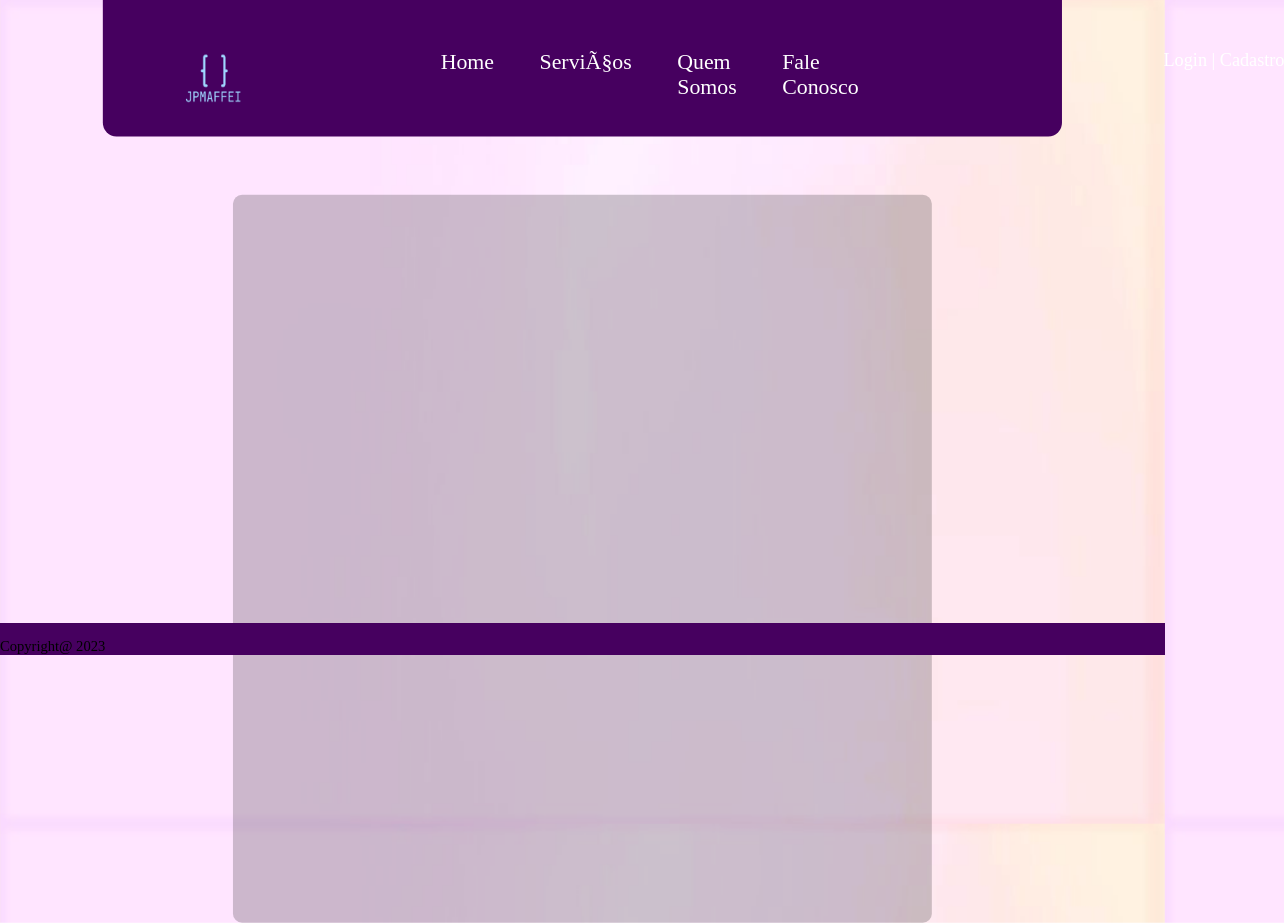
Repository: jpmaffei18/PROJETO_JAVA
Page: http://localhost/FinalWeb/home.jsp
An editor plug-in stored every save of this project. The page is shown before and after the next save, followed by the edit.
The browser window is 1280 px wide. The page is 1411 px wide, so the pictures cover 1411 px, including what lies to the right of the window. The pictures show the whole page, at 91% of full size.
Backgrounds fixed to the window are drawn as part of the page. The page is served by Tomcat 9.

Above is the page before, as saved 2023-03-31 14:19:50.

After the next save:
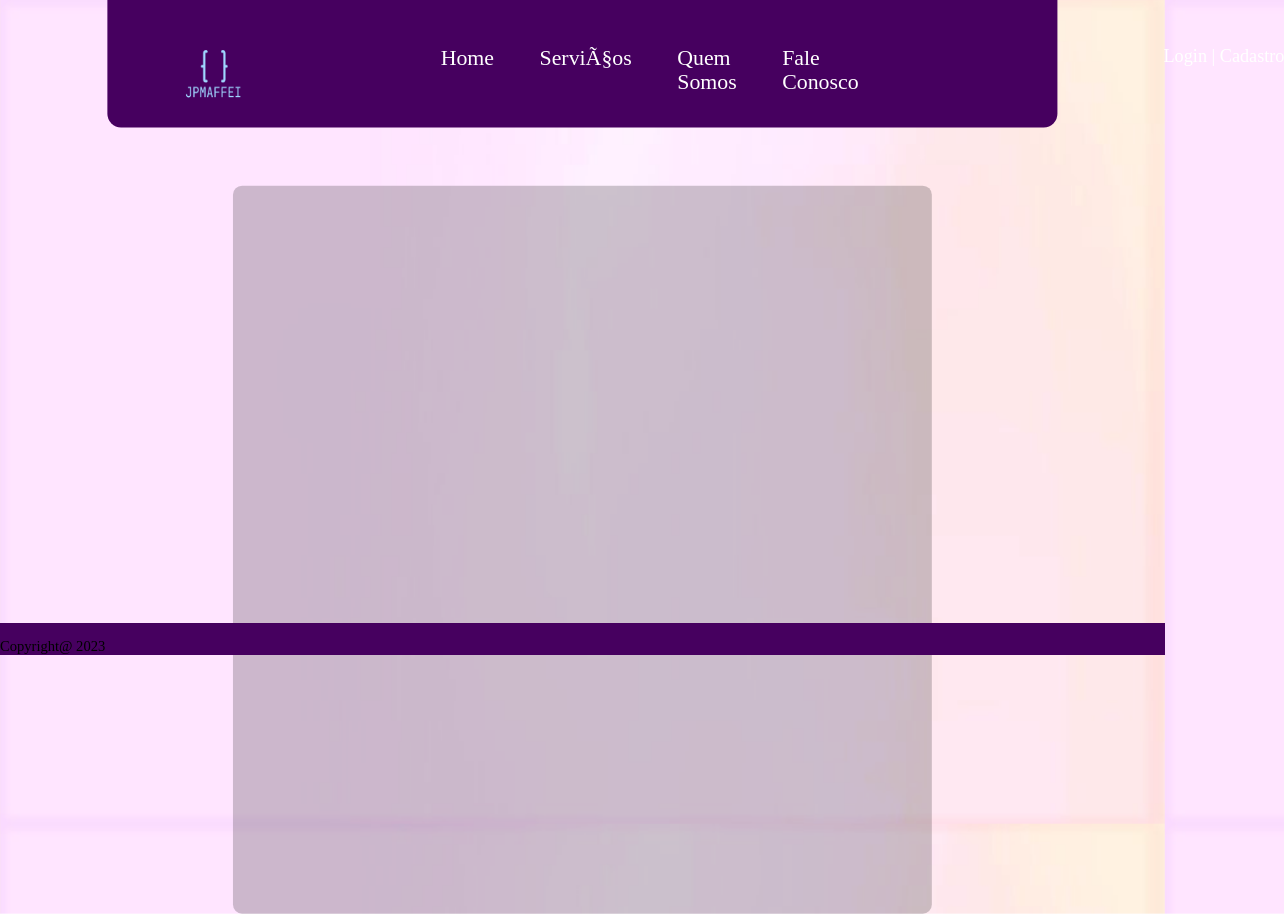
Saved 18 s later.
--- a/FinalWeb/src/main/webapp/home.css
+++ b/FinalWeb/src/main/webapp/home.css
@@ -19,7 +19,7 @@ header{
     border-bottom-left-radius: 15px;
     border-bottom-right-radius: 15px;
     color: white;
-    padding: 15px;
+    padding: 10px;
     display: flex;
 }
 
